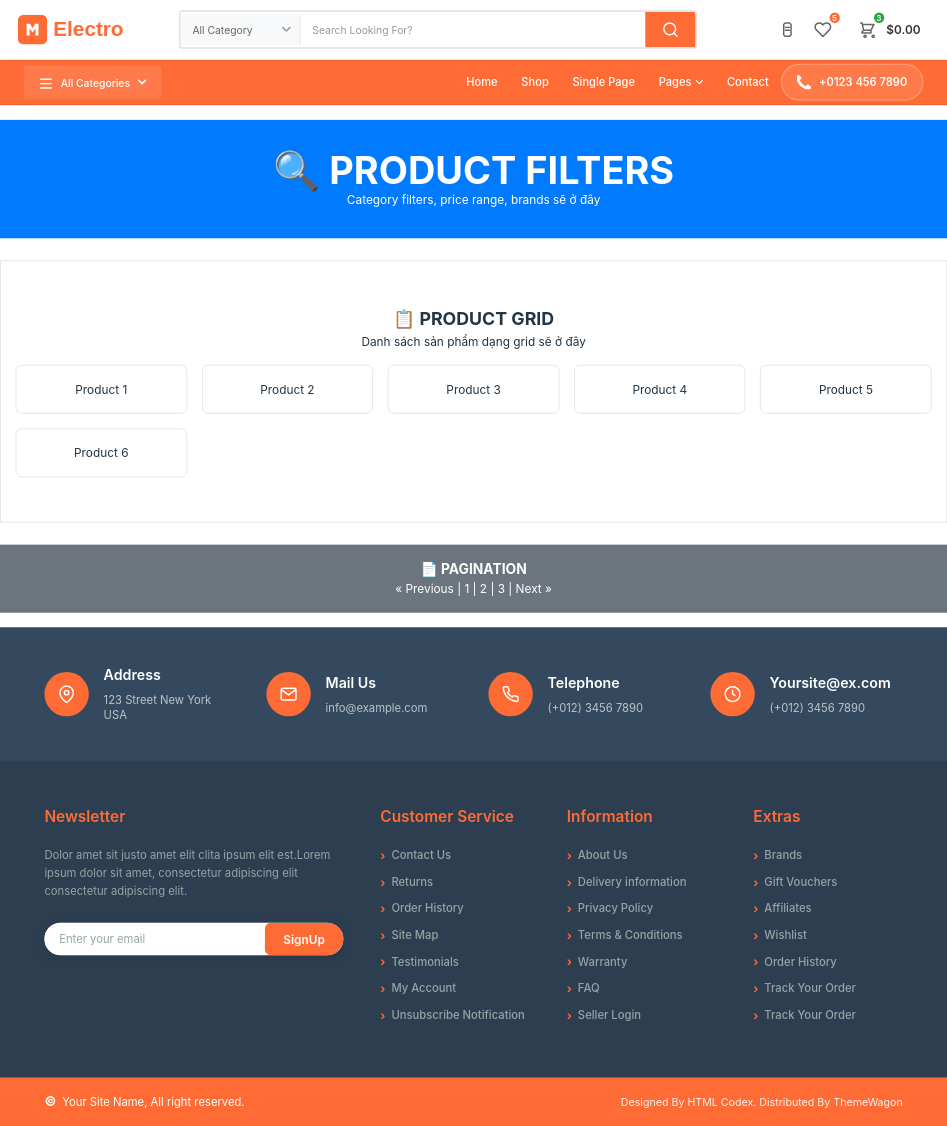
Repository: HoangKhangKhuPho4/react-electro-store
Page: /shop (app in my-react-app/)
The author's editor kept a copy of each file at every save. The page is drawn from the files as they stood at one save, then again after the next save.
The browser window is 1280 px wide. The pictures show the whole page, at 74% of full size.
The project was rebuilt for these pictures with package versions that can differ from the ones it lists, and the page was loaded fresh each time. Also part of the build but not shown: my-react-app/vite.config.js, my-react-app/src/components/Banner/Banner.jsx, my-react-app/src/components/Banner/index.js, my-react-app/src/components/Features/Features.jsx, my-react-app/src/components/Features/index.js, my-react-app/src/pages/Home.jsx, my-react-app/src/pages/Contact.jsx, my-react-app/src/pages/About.jsx.

Above is the page before, as saved 2025-09-24 00:03:47.

### my-react-app/src/App.jsx
/**
 * MAIN APP COMPONENT
 *
 * Router setup cho toàn bộ application
 * TẤT CẢ pages sẽ tự động có Header, Navigation, Footer nhờ MainLayout
 */

import { BrowserRouter as Router, Routes, Route } from 'react-router-dom';
import "./App.css";

// Pages
import Home from './pages/Home';
import Shop from './pages/Shop';
import Contact from './pages/Contact';
import About from './pages/About';

function App() {
  return (
    <Router>
      <div className="app">
        <Routes>
          <Route path="/" element={<Home />} />
          <Route path="/shop" element={<Shop />} />
          <Route path="/contact" element={<Contact />} />
          <Route path="/about" element={<About />} />
        </Routes>
      </div>
    </Router>
  );
}

export default App;

### my-react-app/src/App.css
/* Global App Styles */
.app {
  min-height: 100vh;
  display: flex;
  flex-direction: column;
  width: 100%;
}

.main-content {
  flex: 1;
  padding: 20px 0;
  width: 100%;
}

.container {
  max-width: 1200px;
  margin: 0 auto;
  padding: 0 20px;
  width: 100%;
}

/* Global reset for better consistency */
* {
  margin: 0;
  padding: 0;
  box-sizing: border-box;
}

html,
body {
  width: 100%;
  overflow-x: hidden;
}

body {
  font-family: -apple-system, BlinkMacSystemFont, "Segoe UI", "Roboto", "Oxygen",
    "Ubuntu", "Cantarell", "Fira Sans", "Droid Sans", "Helvetica Neue",
    sans-serif;
  -webkit-font-smoothing: antialiased;
  -moz-osx-font-smoothing: grayscale;
  background-color: #f8f9fa;
  width: 100%;
}

/* Button reset */
button {
  font-family: inherit;
}

/* Link reset */
a {
  color: inherit;
  text-decoration: none;
}

/* Form elements reset */
input,
select,
textarea {
  font-family: inherit;
}

/* Responsive utilities */
@media (max-width: 768px) {
  .container {
    padding: 0 15px;
  }
}

@media (max-width: 480px) {
  .container {
    padding: 0 10px;
  }
}

### my-react-app/src/pages/Shop.jsx
/**
 * SHOP PAGE
 *
 * Product catalog với:
 * - Category filters
 * - Product grid
 * - Pagination
 */

import { MainLayout } from '../layouts';

const Shop = () => {
  console.log('🛒 Shop.jsx: Chuẩn bị truyền children cho MainLayout');

  return (
    <MainLayout>
      {/*
        🎯 SHOP có children KHÁC với Home:
        - Không có Banner
        - Không có Features
        - Có ProductFilters + ProductGrid
      */}

      {/* Component 1: Product Filters */}
      <div style={{
        background: '#007bff',
        padding: '40px 20px',
        color: 'white',
        textAlign: 'center',
        marginBottom: '30px'
      }}>
        <h1>🔍 PRODUCT FILTERS</h1>
        <p>Category filters, price range, brands sẽ ở đây</p>
      </div>

      {/* Component 2: Product Grid */}
      <div style={{
        background: 'white',
        padding: '60px 20px',
        textAlign: 'center',
        marginBottom: '30px',
        border: '1px solid #ddd'
      }}>
        <h2>📋 PRODUCT GRID</h2>
        <p>Danh sách sản phẩm dạng grid sẽ ở đây</p>
        <div style={{
          display: 'grid',
          gridTemplateColumns: 'repeat(auto-fit, minmax(200px, 1fr))',
          gap: '20px',
          marginTop: '20px'
        }}>
          {[1,2,3,4,5,6].map(i => (
            <div key={i} style={{
              padding: '20px',
              border: '1px solid #ddd',
              borderRadius: '8px',
              textAlign: 'center'
            }}>
              Product {i}
            </div>
          ))}
        </div>
      </div>

      {/* Component 3: Pagination */}
      <div style={{
        background: '#6c757d',
        padding: '20px',
        color: 'white',
        textAlign: 'center'
      }}>
        <h3>📄 PAGINATION</h3>
        <p>« Previous | 1 | 2 | 3 | Next »</p>
      </div>
    </MainLayout>
  );
};

export default Shop;

### my-react-app/src/layouts/MainLayout.jsx
import Header from '../components/Header';
import Navigation from '../components/Navigation';
import Footer from '../components/Footer';
import './MainLayout.css';

/**
 * MainLayout - Layout chính cho toàn bộ website
 *
 * Structure cố định:
 * 1. Header (Logo, Search, User Actions)
 * 2. Navigation (Menu categories, Main nav)
 * 3. Main Content (Dynamic - từ props children)
 * 4. Footer (Contact info, Links, Newsletter)
 *
 * Usage:
 * <MainLayout>
 *   <YourPageContent />
 * </MainLayout>
 */
const MainLayout = ({ children }) => {
  // 🔍 DEBUG: Xem children từ page nào được truyền vào
  console.log('=== MainLayout Debug ===');
  console.log('Children received:', children);
  console.log('Children type:', typeof children);
  console.log('Children is array?', Array.isArray(children));
  console.log('========================');

  return (
    <div className="main-layout">
      {/* ===== HEADER: Logo, Search, User Actions ===== */}
      <Header />

      {/* ===== NAVIGATION: Categories, Main Menu ===== */}
      <Navigation />

      {/* ===== MAIN CONTENT: Dynamic content từ children ===== */}
      <main className="main-content">
        {/*
          🎯 MAGIC HAPPENS HERE:
          - Khi Home.jsx: children = <Banner /> + <Features /> + <OurProducts />
          - Khi Shop.jsx: children = <ProductList /> + <Pagination />
          - Khi Contact.jsx: children = <ContactForm />
        */}
        {children}
      </main>

      {/* ===== FOOTER: Contact, Links, Newsletter ===== */}
      <Footer />
    </div>
  );
};

export default MainLayout;

### my-react-app/src/layouts/MainLayout.css
/* ===== MAIN LAYOUT STYLES ===== */

.main-layout {
  min-height: 100vh;
  display: flex;
  flex-direction: column;
  background: #fff;
}

/* ===== MAIN CONTENT AREA ===== */
.main-content {
  flex: 1; /* Đảm bảo content luôn đẩy footer xuống dưới */
  width: 100%;
  min-height: calc(100vh - 200px); /* Trừ đi chiều cao header + footer */
}

/* ===== RESPONSIVE ADJUSTMENTS ===== */
@media (max-width: 768px) {
  .main-content {
    min-height: calc(100vh - 150px);
  }
}

/* ===== LOADING STATE (Optional) ===== */
.main-layout.loading {
  opacity: 0.7;
  pointer-events: none;
}

/* ===== LAYOUT DEBUGGING (Development only) ===== */
/* Uncomment để debug layout structure */
/*
.main-layout > * {
  border: 2px solid red;
  margin: 2px;
}

.main-layout > header {
  border-color: blue !important;
}

.main-layout > nav {
  border-color: green !important;
}

.main-layout > main {
  border-color: purple !important;
}

.main-layout > footer {
  border-color: orange !important;
}
*/

### my-react-app/src/components/Header/Header.jsx
import SearchBar from "../Search/SearchBar";
import Logo from "../UI/Logo";
import UserActions from "../User/UserActions";
import "./Header.css";

const Header = () => {
  return (
    <header className="header">
      <div className="header-container">
        {/* Logo Section */}
        <div className="header-logo">
          <Logo />
        </div>

        {/* Search Section */}
        <div className="header-search">
          <SearchBar />
        </div>

        {/* User Actions Section */}
        <div className="header-actions">
          <UserActions />
        </div>
      </div>
    </header>
  );
};

export default Header;

### my-react-app/src/components/Search/SearchBar.jsx
import { useState } from "react";
import "./SearchBar.css";

const SearchBar = () => {
  const [searchTerm, setSearchTerm] = useState("");
  const [selectedCategory, setSelectedCategory] = useState("All Category");

  const categories = [
    "All Category",
    "Electronics",
    "Computers",
    "Smartphones",
    "Cameras",
    "Audio",
    "Gaming",
    "Home & Garden",
  ];

  const handleSearch = (e) => {
    e.preventDefault();
    console.log("Searching for:", searchTerm, "in category:", selectedCategory);
    // Implement search logic here
  };

  return (
    <div className="search-bar">
      <form className="search-form" onSubmit={handleSearch}>
        <div className="search-container">
          {/* Category Dropdown */}
          <div className="category-dropdown">
            <select
              value={selectedCategory}
              onChange={(e) => setSelectedCategory(e.target.value)}
              className="category-select"
            >
              {categories.map((category) => (
                <option key={category} value={category}>
                  {category}
                </option>
              ))}
            </select>
            <svg
              className="dropdown-icon"
              width="12"
              height="8"
              viewBox="0 0 12 8"
              fill="none"
            >
              <path
                d="M1 1L6 6L11 1"
                stroke="#999"
                strokeWidth="2"
                strokeLinecap="round"
                strokeLinejoin="round"
              />
            </svg>
          </div>

          {/* Search Input */}
          <input
            type="text"
            value={searchTerm}
            onChange={(e) => setSearchTerm(e.target.value)}
            placeholder="Search Looking For?"
            className="search-input"
          />

          {/* Search Button */}
          <button type="submit" className="search-button">
            <svg width="20" height="20" viewBox="0 0 20 20" fill="none">
              <path
                d="M9 17C13.4183 17 17 13.4183 17 9C17 4.58172 13.4183 1 9 1C4.58172 1 1 4.58172 1 9C1 13.4183 4.58172 17 9 17Z"
                stroke="white"
                strokeWidth="2"
                strokeLinecap="round"
                strokeLinejoin="round"
              />
              <path
                d="M19 19L14.65 14.65"
                stroke="white"
                strokeWidth="2"
                strokeLinecap="round"
                strokeLinejoin="round"
              />
            </svg>
          </button>
        </div>
      </form>
    </div>
  );
};

export default SearchBar;

### my-react-app/src/components/Header/Header.css
.header {
  background: white;
  border-bottom: 1px solid #e0e0e0;
  position: sticky;
  top: 0;
  z-index: 1000;
  box-shadow: 0 2px 4px rgba(0, 0, 0, 0.1);
  width: 100%;
}

.header-container {
  width: 100%;
  max-width: none;
  margin: 0;
  padding: 0 1.5rem;
  display: grid;
  grid-template-columns: minmax(180px, 1fr) minmax(450px, 4fr) minmax(
      280px,
      1.2fr
    );
  align-items: center;
  height: 80px;
  gap: 1rem;
}

/* Khu vực 1: Logo (Trái) */
.header-logo {
  display: flex;
  align-items: center;
  justify-content: flex-start;
  width: 100%;
}

/* Khu vực 2: Search (Giữa) */
.header-search {
  display: flex;
  align-items: center;
  justify-content: center;
  width: 100%;
}

/* Khu vực 3: Actions (Phải) */
.header-actions {
  display: flex;
  align-items: center;
  justify-content: flex-end;
  width: 100%;
}

/* Responsive Design */
@media (max-width: 1200px) {
  .header-container {
    padding: 0 1.5rem;
    gap: 1.5rem;
    grid-template-columns: 1fr 2fr 1fr;
  }
}

@media (max-width: 1024px) {
  .header-container {
    padding: 0 1rem;
    gap: 1rem;
    grid-template-columns: 1fr 2fr 1fr;
  }
}

@media (max-width: 768px) {
  .header {
    position: relative;
  }

  .header-container {
    display: flex;
    flex-wrap: wrap;
    height: auto;
    padding: 15px;
    gap: 15px;
  }

  .header-logo {
    order: 1;
    flex: 0 0 auto;
    justify-content: flex-start;
  }

  .header-actions {
    order: 2;
    flex: 0 0 auto;
    justify-content: flex-end;
  }

  .header-search {
    order: 3;
    width: 100%;
    flex: 1 1 100%;
  }
}

@media (max-width: 768px) {
  .header {
    position: relative;
  }

  .header-container {
    flex-wrap: wrap;
    height: auto;
    padding: 15px;
    gap: 15px;
  }

  .header-logo {
    order: 1;
  }

  .header-actions {
    order: 2;
  }

  .header-search {
    order: 3;
    width: 100%;
    max-width: none;
  }
}

@media (max-width: 480px) {
  .header-container {
    padding: 10px;
    gap: 10px;
  }

  .header-logo .logo-text {
    font-size: 20px;
  }
}

/* Visual separation for debugging (optional)
.header-container.debug {
  background: linear-gradient(90deg,
    rgba(255,0,0,0.1) 0%,
    rgba(255,0,0,0.1) 33.33%,
    rgba(0,255,0,0.1) 33.33%,
    rgba(0,255,0,0.1) 66.66%,
    rgba(0,0,255,0.1) 66.66%,
    rgba(0,0,255,0.1) 100%
  );
}
*/

/* Ensure proper alignment */
.header-logo > * {
  width: auto;
  flex-shrink: 0;
}

.header-search > * {
  width: 100%;
  margin: 0;
  max-width: none;
}

.header-actions > * {
  width: auto;
  flex-shrink: 0;
}

/* Animation for sticky header */
.header.scrolled {
  background: rgba(255, 255, 255, 0.95);
  backdrop-filter: blur(10px);
}

.header-container > * {
  transition: all 0.3s ease;
}

### my-react-app/src/components/Search/SearchBar.css
.search-bar {
  width: 100%;
  max-width: none;
  margin: 0;
  display: flex;
  justify-content: center;
}

.search-form {
  width: 100%;
  max-width: 700px;
  margin: 0 auto;
}

.search-container {
  display: flex;
  align-items: center;
  background: white;
  border: 2px solid #e0e0e0;
  border-radius: 4px;
  overflow: hidden;
  transition: border-color 0.3s ease;
  width: 100%;
}

.search-container:focus-within {
  border-color: #ff6b35;
}

.category-dropdown {
  position: relative;
  background: #f8f9fa;
  border-right: 1px solid #e0e0e0;
}

.category-select {
  appearance: none;
  background: transparent;
  border: none;
  padding: 12px 40px 12px 16px;
  font-size: 14px;
  color: #666;
  cursor: pointer;
  outline: none;
  min-width: 140px;
}

.dropdown-icon {
  position: absolute;
  right: 12px;
  top: 50%;
  transform: translateY(-50%);
  pointer-events: none;
}

.search-input {
  flex: 1;
  border: none;
  padding: 12px 16px;
  font-size: 14px;
  outline: none;
  background: transparent;
}

.search-input::placeholder {
  color: #999;
}

.search-button {
  background: #ff6b35;
  border: none;
  padding: 14px 24px;
  cursor: pointer;
  transition: background-color 0.3s ease;
  display: flex;
  align-items: center;
  justify-content: center;
  border-radius: 0 4px 4px 0;
}

.search-button:hover {
  background: #e55a2b;
}

/* Responsive */
@media (max-width: 768px) {
  .search-bar {
    margin: 10px 0;
    order: 3;
    width: 100%;
  }

  .category-dropdown {
    display: none;
  }

  .search-container {
    border-radius: 20px;
  }

  .search-input {
    padding: 10px 16px;
    font-size: 16px;
  }

  .search-button {
    padding: 10px 16px;
  }
}

### my-react-app/src/components/UI/Logo/Logo.jsx
import "./Logo.css";

const Logo = () => {
  return (
    <div className="logo">
      <a href="/" className="logo-link">
        <div className="logo-icon">
          <svg
            width="40"
            height="40"
            viewBox="0 0 40 40"
            fill="none"
            xmlns="http://www.w3.org/2000/svg"
          >
            <rect width="40" height="40" rx="8" fill="#FF6B35" />
            <path
              d="M12 28V12H16.5L20 18L23.5 12H28V28H24V18.5L20 24L16 18.5V28H12Z"
              fill="white"
            />
          </svg>
        </div>
        <span className="logo-text">Electro</span>
      </a>
    </div>
  );
};

export default Logo;

### my-react-app/src/components/User/UserActions.css
.user-actions {
  display: flex;
  align-items: center;
  justify-content: flex-end;
  gap: 8px;
  width: 100%;
  min-width: fit-content;
  padding-right: 0;
}

.action-item {
  position: relative;
  display: flex;
  align-items: center;
}

.action-button {
  background: none;
  border: none;
  cursor: pointer;
  padding: 8px;
  border-radius: 50%;
  transition: all 0.3s ease;
  color: #666;
  position: relative;
  display: flex;
  align-items: center;
  justify-content: center;
  min-width: 40px;
  min-height: 40px;
}

.action-button:hover {
  background: #f5f5f5;
  color: #ff6b35;
}

.badge {
  position: absolute;
  top: -5px;
  right: -5px;
  background: #ff6b35;
  color: white;
  border-radius: 50%;
  width: 18px;
  height: 18px;
  font-size: 11px;
  font-weight: 600;
  display: flex;
  align-items: center;
  justify-content: center;
  border: 2px solid white;
}

.cart-item {
  display: flex;
  align-items: center;
  gap: 6px;
  padding: 8px 12px;
  border-radius: 20px;
  transition: background-color 0.3s ease;
}

.cart-item:hover {
  background: #f8f9fa;
}

.cart-button {
  padding: 4px;
}

.cart-badge {
  background: #28a745;
}

.cart-info {
  display: flex;
  flex-direction: column;
}

.cart-total {
  font-weight: 600;
  color: #333;
  font-size: 16px;
}

/* Responsive */
@media (max-width: 768px) {
  .user-actions {
    gap: 10px;
  }

  .cart-info {
    display: none;
  }

  .action-button {
    padding: 6px;
  }

  .badge {
    width: 16px;
    height: 16px;
    font-size: 10px;
  }
}

@media (max-width: 480px) {
  .user-actions {
    gap: 5px;
  }

  .action-item:first-child {
    display: none; /* Hide compare on very small screens */
  }
}

### my-react-app/src/components/UI/Logo/Logo.css
.logo {
  display: flex;
  align-items: center;
  gap: 8px;
  width: 100%;
  min-width: fit-content;
  flex-shrink: 0;
}

.logo-link {
  display: flex;
  align-items: center;
  gap: 8px;
  text-decoration: none;
  color: inherit;
}

.logo-icon {
  display: flex;
  align-items: center;
  justify-content: center;
}

.logo-text {
  font-size: 28px;
  font-weight: 700;
  color: #ff6b35;
  font-family: "Arial", sans-serif;
}

.logo-link:hover .logo-text {
  color: #e55a2b;
}

@media (max-width: 768px) {
  .logo-text {
    font-size: 24px;
  }
}

### my-react-app/src/components/ProductList.jsx
// DEMO PRODUCT LIST COMPONENT (for Shop page)
const ProductList = () => {
  return (
    <div style={{
      background: '#007bff',
      color: 'white',
      padding: '40px 20px',
      textAlign: 'center',
      margin: '20px 0',
      borderRadius: '10px'
    }}>
      <h2>🛒 PRODUCT LIST COMPONENT</h2>
      <p>Tôi là ProductList - được render từ Shop.jsx</p>
      <p>Tôi KHÁC hoàn toàn với Banner và Features ở Home!</p>
      <div style={{ display: 'grid', gridTemplateColumns: 'repeat(3, 1fr)', gap: '15px', marginTop: '20px' }}>
        {[1,2,3,4,5,6].map(i => (
          <div key={i} style={{
            padding: '15px',
            background: 'rgba(255,255,255,0.2)',
            borderRadius: '5px'
          }}>
            Product {i}
          </div>
        ))}
      </div>
    </div>
  );
};

export default ProductList;

Loaded but not shown: my-react-app/index.html (common file); my-react-app/src/main.jsx (common file); my-react-app/src/index.css (common file); my-react-app/src/components/Header/index.js (common file); my-react-app/src/components/Navigation/index.js (common file); my-react-app/src/components/Footer/index.js (common file); my-react-app/src/components/UI/Logo/index.js (common file); my-react-app/src/layouts/index.js (20 lines, source omitted); my-react-app/src/components/Footer/Footer.jsx (195 lines, source omitted); my-react-app/src/components/Navigation/Navigation.jsx (174 lines, source omitted); my-react-app/src/components/Navigation/Navigation.css (282 lines, source omitted); my-react-app/src/components/Footer/Footer.css (260 lines, source omitted); my-react-app/src/components/User/UserActions.jsx (75 lines, source omitted)

After the next save:
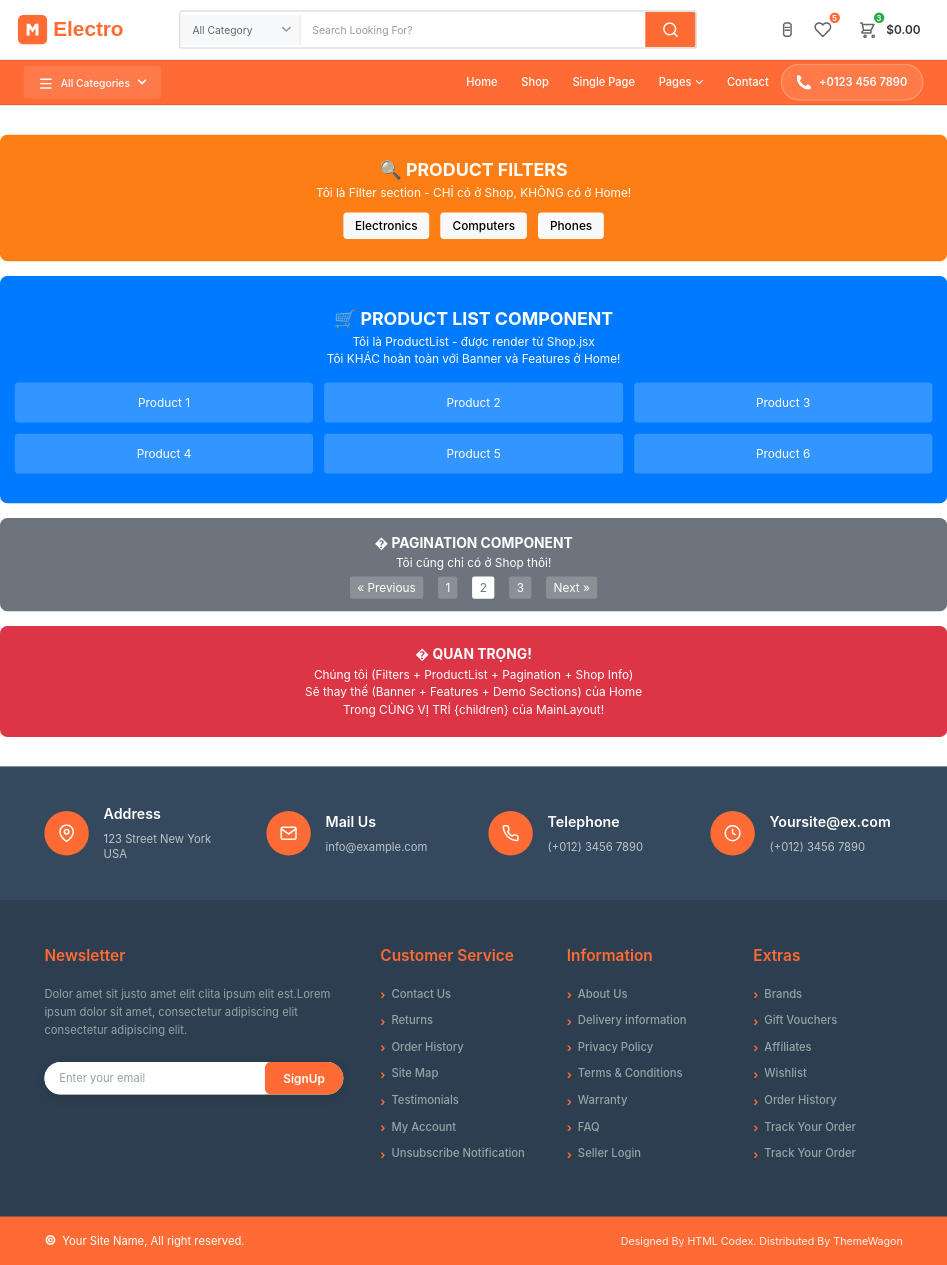
Saved 34 s later.
--- a/my-react-app/src/pages/Shop.jsx
+++ b/my-react-app/src/pages/Shop.jsx
@@ -1,76 +1,77 @@
 /**
- * SHOP PAGE
+ * SHOP PAGE - DEMO CHILDREN KHÁC
  *
- * Product catalog với:
- * - Category filters
- * - Product grid
- * - Pagination
+ * Demo cách React điền children KHÁC vào cùng MainLayout
  */
 
 import { MainLayout } from '../layouts';
+import ProductList from '../components/ProductList';
 
 const Shop = () => {
-  console.log('🛒 Shop.jsx: Chuẩn bị truyền children cho MainLayout');
+  console.log('🛒 Shop.jsx: TRƯỚC KHI RENDER - Chuẩn bị truyền children KHÁC cho MainLayout');
+  console.log('🛒 Shop.jsx: Children sẽ là ProductList + FilterSection (KHÁC với Home!)');
 
   return (
     <MainLayout>
       {/*
-        🎯 SHOP có children KHÁC với Home:
-        - Không có Banner
-        - Không có Features
-        - Có ProductFilters + ProductGrid
+        🎯 DEMO: CÙNG MainLayout nhưng children KHÁC!
+        Shop có ProductList thay vì Banner + Features
       */}
 
-      {/* Component 1: Product Filters */}
+      {/* Component 1: Product Filters (inline) */}
       <div style={{
-        background: '#007bff',
-        padding: '40px 20px',
+        background: '#fd7e14',
         color: 'white',
+        padding: '30px 20px',
         textAlign: 'center',
-        marginBottom: '30px'
+        margin: '20px 0',
+        borderRadius: '10px'
       }}>
-        <h1>🔍 PRODUCT FILTERS</h1>
-        <p>Category filters, price range, brands sẽ ở đây</p>
-      </div>
-
-      {/* Component 2: Product Grid */}
-      <div style={{
-        background: 'white',
-        padding: '60px 20px',
-        textAlign: 'center',
-        marginBottom: '30px',
-        border: '1px solid #ddd'
-      }}>
-        <h2>📋 PRODUCT GRID</h2>
-        <p>Danh sách sản phẩm dạng grid sẽ ở đây</p>
-        <div style={{
-          display: 'grid',
-          gridTemplateColumns: 'repeat(auto-fit, minmax(200px, 1fr))',
-          gap: '20px',
-          marginTop: '20px'
-        }}>
-          {[1,2,3,4,5,6].map(i => (
-            <div key={i} style={{
-              padding: '20px',
-              border: '1px solid #ddd',
-              borderRadius: '8px',
-              textAlign: 'center'
-            }}>
-              Product {i}
-            </div>
-          ))}
+        <h2>🔍 PRODUCT FILTERS</h2>
+        <p>Tôi là Filter section - CHỈ có ở Shop, KHÔNG có ở Home!</p>
+        <div style={{ display: 'flex', justifyContent: 'center', gap: '15px', marginTop: '15px' }}>
+          <button style={{ padding: '8px 16px', borderRadius: '5px', border: 'none' }}>Electronics</button>
+          <button style={{ padding: '8px 16px', borderRadius: '5px', border: 'none' }}>Computers</button>
+          <button style={{ padding: '8px 16px', borderRadius: '5px', border: 'none' }}>Phones</button>
         </div>
       </div>
 
-      {/* Component 3: Pagination */}
+      {/* Component 2: ProductList component */}
+      <ProductList />
+
+      {/* Component 3: Pagination (inline) */}
       <div style={{
         background: '#6c757d',
+        color: 'white',
         padding: '20px',
+        textAlign: 'center',
+        margin: '20px 0',
+        borderRadius: '10px'
+      }}>
+        <h3>� PAGINATION COMPONENT</h3>
+        <p>Tôi cũng chỉ có ở Shop thôi!</p>
+        <div style={{ marginTop: '10px' }}>
+          <span style={{ margin: '0 10px', padding: '5px 10px', background: 'rgba(255,255,255,0.2)', borderRadius: '3px' }}>« Previous</span>
+          <span style={{ margin: '0 10px', padding: '5px 10px', background: 'rgba(255,255,255,0.2)', borderRadius: '3px' }}>1</span>
+          <span style={{ margin: '0 10px', padding: '5px 10px', background: 'white', color: '#6c757d', borderRadius: '3px' }}>2</span>
+          <span style={{ margin: '0 10px', padding: '5px 10px', background: 'rgba(255,255,255,0.2)', borderRadius: '3px' }}>3</span>
+          <span style={{ margin: '0 10px', padding: '5px 10px', background: 'rgba(255,255,255,0.2)', borderRadius: '3px' }}>Next »</span>
+        </div>
+      </div>
+
+      {/* Component 4: Shop info */}
+      <div style={{
+        background: '#dc3545',
         color: 'white',
-        textAlign: 'center'
+        padding: '25px 20px',
+        textAlign: 'center',
+        margin: '20px 0',
+        borderRadius: '10px'
       }}>
-        <h3>📄 PAGINATION</h3>
-        <p>« Previous | 1 | 2 | 3 | Next »</p>
+        <h3>� QUAN TRỌNG!</h3>
+        <p>Chúng tôi (Filters + ProductList + Pagination + Shop Info)</p>
+        <p>Sẽ thay thế (Banner + Features + Demo Sections) của Home</p>
+        <p>Trong CÙNG VỊ TRÍ {'{children}'} của MainLayout!</p>
       </div>
     </MainLayout>
   );
